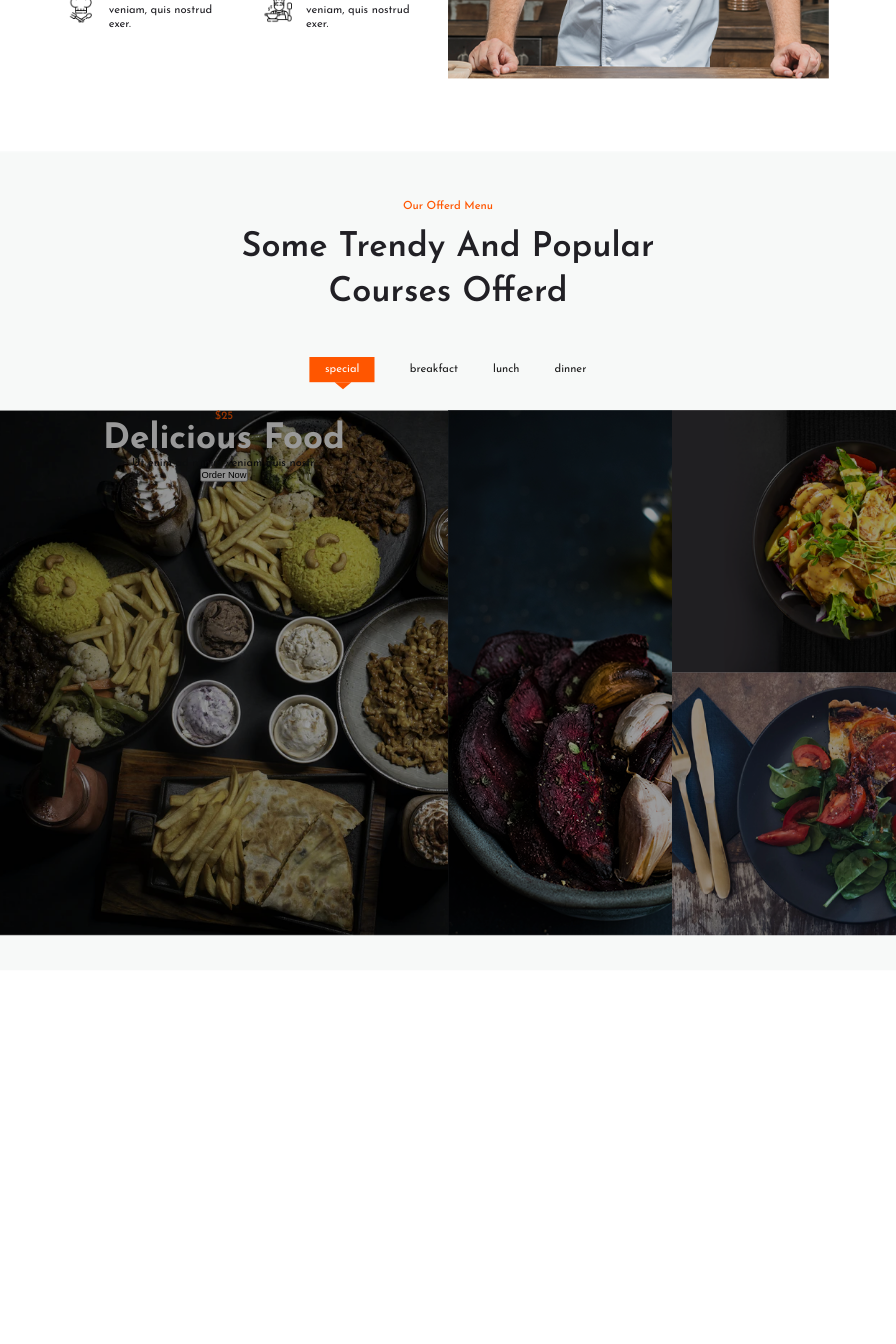
Repository: Ebtehal18/food
Page: index.html
The author's editor kept a copy of each file at every save. The page is drawn from the files as they stood at one save, then again after the next save.
The browser window is 1280 px wide. The pictures show the part of the page from y = 1720 to 3640 px (the page is 10000 px tall), at 70% of full size.

Above is the page before, as saved 2024-01-18 14:45:31.

### index.html
<!DOCTYPE html>
<html lang="en">
  <head>
    <meta charset="UTF-8" />
    <meta name="viewport" content="width=device-width, initial-scale=1.0" />
    <title>Food All</title>
    <link rel="preconnect" href="https://fonts.googleapis.com">
    <link rel="preconnect" href="https://fonts.gstatic.com" crossorigin>
    <link href="https://fonts.googleapis.com/css2?family=Josefin+Sans:wght@200;300;400;500;600;700&display=swap" rel="stylesheet">
    <link rel="stylesheet" href="asessets/css/style.css" />
    <link rel="stylesheet" href="asessets/css/External/all.min.css" />
  </head>
  <body>
    <!-- nav bar -->
    <header class="header">
      <div class="logo"><img src="asessets/imgs/logo.png" alt="logo" /></div>
      <label for="checkbox"><i class="fa-solid fa-bars"></i></label>
      <input type="checkbox" id="checkbox">
      <nav class="nav">
        <ul class="nav-list">
          <li class="list-item"><a href="#">Home</a></li>
          <li class="list-item"><a href="#">About</a></li>
          <li class="list-item"><a href="#">Menu</a></li>
          <li class="list-item">
            <a href="#">Blog</a>
            <ul class="dropdown-list">
              <li class="dropdown-item"><a href="#">Blog</a></li>
              <li class="dropdown-item"><a href="#">Blog Details</a></li>
              <li class="dropdown-item"><a href="#">Element</a></li>
            </ul>
          </li>
          <li class="list-item"><a href="#">Contact</a></li>
        </ul>
      </nav>
      <button class="btn btn-nav">Order Online</button>
    </header>

    <!-- hero -->

    <section class="hero">
      <div class="container">
        <div class="row">
         <div class="hero-content">
           <span class="span">Discover Your Teste</span>
          <h1>We belive good food offer great smile</h1>
          <p>
            Ut enim ad minim veniam, quis nostrud exercitation ullamco laboris
            nisi ut aliquip ex ea commodo consequat is aute irure.
          </p>
          <button class="btn-hero">Resurvation</button>
        </div>
          </div>
        </div>
      </div>
    </section>

  <!-- about -->
    <section class="about">
      <div class="container">
        <div class="row">
        <div class="about-content">
          <span class="span">Discover Your Teste</span>
          <h2>We Provide Good Food For Your Family!</h2>
          <p>Ut enim acgsd minim veniam, quxcis nostrud exercitation ullamco laboris nisi ufsit aliquip ex ea commodo consequat is aute irure m, quis nostrud exer.</p>
          <div class="row">
        <div class="about-detail">
          <div class="about-icon">
            <img src="asessets/imgs/cooking.png" alt="cooking">
          </div>
        <p>Ut enim ad minim veniam, quis nostrud exer.</p>
      </div>
        <div class="about-detail">
          <div class="about-icon">
            <img src="asessets/imgs/restaurant.png" alt="cooking">
          </div>
        <p>Ut enim ad minim veniam, quis nostrud exer.</p>
      </div>
        <div class="about-detail">
          <div class="about-icon">
            <img src="asessets/imgs/chef.png" alt="cooking">
          </div>
        <p>Ut enim ad minim veniam, quis nostrud exer.</p>
      </div>
        <div class="about-detail">
          <div class="about-icon">
            <img src="asessets/imgs/cooking.png" alt="cooking">
          </div>
        <p>Ut enim ad minim veniam, quis nostrud exer.</p>
      </div>
          </div>
        </div>
        <div class="about-img">
          <img src="asessets/imgs/about.png" alt="chef's img">
        </div>
        </div>
      </div>
    </section>
    <!-- menu -->
    <section class="menu">
      <div class="container">
        <div class="menu-heading">
          <span class="span">Our Offerd Menu</span>
          <h2>Some Trendy And Popular Courses Offerd</h2>
          <ul class="list-menu">
            <li class="meanu-item"><a href="#">special</a></li>
            <li  class="meanu-item"><a href="#">breakfact</a></li>
            <li  class="meanu-item"><a href="#">lunch</a></li>
            <li  class="meanu-item"><a href="#">dinner</a></li>
          </ul>
        </div>


      </div>
      <div class="grid-menu">
        <div class="menu-img">
          <div class="overlay">
            <span class="span">$25</span>
            <h2>Delicious Food</h2>
            <p>Ut enim ad minim veniam quis nostr.</p>
            <button class="btn-hero">Order Now</button>
          </div>
        </div>
        <div class="menu-img"></div>
        <div class="menu-img"></div>
        <div class="menu-img"></div>

      </div>
    </section>

  </body>
</html>

### asessets/css/style.css
/*
=======================================================
          public styles
======================================================= */
*,
*::after,
*::before {
  margin: 0;
  padding: 0;
  box-sizing: border-box;
}
html,
body {
  overflow-x: hidden;
}
body {
  font-family: "Josefin Sans", sans-serif;
  color: #141517;
  height: 10000px;
}
a {
  text-decoration: none;
}
li {
  list-style: none;
}
.container {
  width: 85%;
  margin: auto;
}
.row {
  display: flex;
  justify-content: space-between;
  align-items: flex-start;
}
.span {
  color: #ff5600;
  font-size: 16px;
  font-weight: 500;
  display: inline-block;
}

@media (max-width: 767px) {
  .row {
    flex-flow: column wrap;
  }
}

/*
=====================================================
            end public styles
=====================================================
 */

/* ===============
        navbar
 ================= */
.header {
  z-index: 999;
  display: flex;
  background-color: #fff;
  position: fixed;
  justify-content: space-around;
  align-items: center;
  top: 0;
  padding: 20px 65px;
  width: 100%;
}
.header .logo {
  width: 46%;
}
.header .nav .nav-list .list-item {
  padding: 0 30px;
  display: inline-block;
}
.header .nav .nav-list .list-item a {
  color: #141517;
  font-weight: 400;
  font-size: 16px;
  text-decoration: none;
}
.header .nav .nav-list .list-item a:hover {
  color: #ff5600;
}
.header .nav .nav-list .list-item:nth-child(4) {
  position: relative;
}
.header .nav .list-item .dropdown-list {
  padding: 10px 15px;
  background-color: #fff;
  position: absolute;
  top: 44px;
  left: -4px;
  opacity: 0;
  transition: all 0.4s ease-in;
  -webkit-transition: all 0.4s ease-in;
  -moz-transition: all 0.4s ease-in;
  -ms-transition: all 0.4s ease-in;
  -o-transition: all 0.4s ease-in;
}
.header .nav .nav-list .list-item:nth-child(4):hover .dropdown-list {
  opacity: 1;
  top: 63px;
}

.header .nav .list-item .dropdown-list li {
  width: 140px;
  display: inline-block;
  margin-bottom: 20px;
}
.header .btn {
  position: relative;
  z-index: 1;
  cursor: pointer;
  color: #464d65;
  outline: none;
  border: 1px solid #ff5600;
  font-size: 14px;
  font-weight: 500;
  background-color: transparent;
  padding: 19px 47px;
  border-radius: 5px;
  -webkit-border-radius: 5px;
  -moz-border-radius: 5px;
  -ms-border-radius: 5px;
  -o-border-radius: 5px;
  transition: all 0.4s ease-in;
  -webkit-transition: all 0.4s ease-in;
  -moz-transition: all 0.4s ease-in;
  -ms-transition: all 0.4s ease-in;
  -o-transition: all 0.4s ease-in;
}
.header .btn::before {
  background-color: #ff5600;
  position: absolute;
  content: "";
  top: 0;
  left: 0;
  height: 0%;
  width: 100%;
  z-index: -1;
  transition: all 0.4s ease-in;
  -webkit-transition: all 0.4s ease-in;
  -moz-transition: all 0.4s ease-in;
  -ms-transition: all 0.4s ease-in;
  -o-transition: all 0.4s ease-in;
}
.header .btn:hover {
  color: #fff;
}
.header .btn:hover::before {
  height: 100%;
}
.header input,
label {
  display: none;
}
@media (max-width: 1100px) {
  .header .logo {
    width: 20%;
  }
}

@media (max-width: 991px) {
  .header {
    justify-content: space-between;
    padding: 10px 20px;
  }
  .header .logo {
    width: 84%;
  }
  .header nav .nav-list {
    display: none;
  }
  .header .nav-list {
    padding: 20px 0;
    left: 0;
    right: 0;
    background-color: #ffb400fa;
    position: absolute;
    top: 100%;
  }

  .header .nav .nav-list .list-item {
    margin-bottom: 20px;
    padding: 0 30px;
    display: block;
  }
  .header .nav .nav-list .list-item a {
    color: #fff;
  }

  .header .nav .nav-list .list-item:nth-child(4):hover .dropdown-list {
    border-radius: 5px;
    left: 30px;
    top: 23px;
    background-color: #ff5600;
    -webkit-border-radius: 5px;
    -moz-border-radius: 5px;
    -ms-border-radius: 5px;
    -o-border-radius: 5px;
  }
  .header .nav .list-item .dropdown-list li {
    display: block;
  }
  .header .nav .list-item .dropdown-list a,
  .header .nav .list-item .dropdown-list a:hover {
    color: #fff;
  }
  .header .btn {
    display: none;
  }
  .header label {
    display: block;
  }
  .header label i {
    font-size: 24px;
  }
  .header input:checked + nav .nav-list {
    display: block;
  }
}

/* ===============
       end  navbar
 ================= */
/* ===============
       hero
 ================= */
.hero {
  display: flex;
  width: 100%;
  height: 1080px;
  background-image: url(../imgs/h1_hero.png);
  background-size: cover;
  background-position: bottom;
}

/* .hero .hero-content {
  margin-top: -237px;
} */

.hero .hero-content h1 {
  margin-top: 40px;
  font-weight: 700;
  color: #212025;
  font-size: 87px;
  width: 80%;
  line-height: 1.4;
}
.hero .hero-content p {
  font-weight: 400;
  margin-bottom: 30px;
  line-height: 1.3;
  width: 44%;
  color: #212025;
  font-size: 16px;
}
.hero .hero-content .btn-hero {
  letter-spacing: 1.1px;
  position: relative;
  z-index: 1;
  cursor: pointer;
  color: #fff;
  outline: none;
  border: 1px solid #ff5600;
  font-size: 14px;
  font-weight: 500;
  background-color: #ff5600;
  padding: 19px 47px;
  border-radius: 5px;
  -webkit-border-radius: 5px;
  -moz-border-radius: 5px;
  -ms-border-radius: 5px;
  -o-border-radius: 5px;
  transition: all 0.4s ease-in;
  -webkit-transition: all 0.4s ease-in;
  -moz-transition: all 0.4s ease-in;
  -ms-transition: all 0.4s ease-in;
  -o-transition: all 0.4s ease-in;
}
.hero .hero-content .btn-hero::before {
  z-index: -1;
  content: "";
  background-color: rgba(0, 0, 0, 0.6);
  top: 0;
  left: 0;
  width: 0;
  height: 100%;
  position: absolute;
  transition: all 0.4s;
  -webkit-transition: all 0.4s;
  -moz-transition: all 0.4s;
  -ms-transition: all 0.4s;
  -o-transition: all 0.4s;
}
.hero .hero-content .btn-hero:hover::before {
  filter: grayscale(50%);
  width: 100%;
  -webkit-filter: grayscale(50%);
}
@media (max-width: 1100px) {
  .hero .hero-content {
    margin: 0;
  }
  .hero .hero-content h1 {
    font-size: 60px;
  }
}

@media (max-width: 991px) {
  .hero {
    height: 700px;
  }
  .hero .hero-content {
    margin: 0;
    padding: 206px 0 100px;
  }
  .hero .hero-content .span {
    margin-bottom: 40px;
  }
  .hero .hero-content h1 {
    width: 88%;
    font-size: 50px;
    margin-bottom: 40px;
  }
  .hero .hero-content p {
    line-height: 1.4;
    width: 74%;
  }
}

@media (max-width: 767px) {
  .hero {
    height: 600px;
  }
  .hero .hero-content {
    padding: 100px 0 0;
    margin: 0;
  }
  .hero .hero-content span {
    margin-bottom: 20px;
  }
  .hero .hero-content h1 {
    font-size: 27px;
    width: 100%;
    margin-bottom: 30px;
  }
  .hero .hero-content p {
    margin-bottom: 20px;
    width: 100%;
  }
}

/* about */
.about {
  padding: 100px 0;
}
.about .container .row {
  align-items: center;
}
.about .about-content {
  width: 50%;
}
.about .about-content h2 {
  margin: 15px 0 20px;
  color: #212025;
  font-size: 49px;
  font-weight: 600;
  line-height: 1.4;
  width: 83%;
}
.about .about-content p {
  width: 77%;
  color: #212025;
  font-size: 16px;
  font-weight: 400;
  line-height: 1.3;
}
.about .about-content .row {
  margin-top: 50px;
  display: grid;
  grid-template-columns: repeat(2, 1fr);
  gap: 20px;
}
.about .about-content .row .about-detail {
  display: flex;
  gap: 20px;
  align-items: center;
}
.about .about-content .row .about-detail p {
  width: 69%;
}

.about .row .about-detail .about-icon {
  width: 15%;
}
.about .row .about-detail .about-icon img,
.about .about-img img {
  width: 100%;
}
.about .about-img {
  width: 50%;
}
@media (max-width: 991px) {
  .about {
    padding: 50px 0;
  }
  .about .row {
    flex-flow: row wrap;
  }
  .about .about-content {
    width: 100%;
  }
  .about .about-content h2 {
    width: 100%;
    font-size: 27px;
  }
  .about .about-content .row {
    margin-top: 25px;
    display: grid;
    grid-template-columns: repeat(2, 1fr);
    gap: 20px;
  }
  .about .about-img {
    margin-top: 20px;
    width: 100%;
  }
}

@media (max-width: 767px) {
  .about {
    padding: 40px 0;
  }
  .about .about-content {
    width: 100%;
  }
  .about .about-content h2 {
    width: 100%;
    font-size: 27px;
  }
  .about .about-content .row {
    margin-top: 25px;
    display: grid;
    grid-template-columns: repeat(1, 1fr);
    gap: 20px;
  }
  .about .about-img {
    margin-top: 20px;
    width: 100%;
  }
}
/* menu */
.menu {
  background-image: url(../imgs/section_bg01.png);
  background-size: cover;
  background-position: center center;
  padding: 70px 0 50px;
}
.menu .menu-heading {
  text-align: center;
}
/* .menu .menu-heading span {
  margin-bottom: 20px;
} */
.menu .menu-heading h2 {
  line-height: 1.3;
  margin: auto;
  width: 59%;
  color: #212025;
  font-size: 49px;
  font-weight: 600;
  margin-top: 20px;
}
.menu .menu-heading .list-menu {
  margin-top: 70px;
  display: flex;
  justify-content: center;
  gap: 50px;
}
}
.menu .menu-heading .list-menu li a{
  text-transform: uppercase;

}

.menu .menu-heading .list-menu li:not(:first-child) a {
  z-index: 1;
  font-weight: 400;
  font-size: 16px;
  color: #1b1b1b;
  text-decoration: none;
}

.menu .menu-heading .list-menu li:first-child a {
  background-color: #ff5600;
  padding: 10px 22px;
  position: relative;
  color: #fff;
}
.menu .menu-heading .list-menu li:first-child a::before {
  top: 36px;
  left: 38%;
  content: "";
  position: absolute;
  width: 0;
  height: 0;
  border-bottom: 12px solid transparent;
  border-top: 10px solid #ff5600;
  border-left: 12px solid transparent;
  border-right: 12px solid transparent;
}
.menu .grid-menu{
  margin-top: 50px;
  display: grid;
  grid-template-columns: repeat(4,1fr);
  grid-template-rows: repeat(2,1fr);
}
.menu .grid-menu .menu-img {
  position: relative;
}
.menu .grid-menu .menu-img .overlay{
  text-align: center;
}
.menu .grid-menu .menu-img .overlay h2{
  color: #fff;
font-size: 50px;
font-weight: 700;

}
.menu .grid-menu .menu-img .overlay p{
  text-align: center;
}
.menu .grid-menu .menu-img::before{
  content: "";
  position: absolute;
  height: 100%;
  width: 100%;
  background-color: rgba(0, 0, 0, 0.4);
}
.menu .grid-menu .menu-img:nth-child(1){
  grid-column: 1/3;
  grid-row: 1/-1;
  background-image: url(../imgs/gallery1.png);
  background-size: cover;
  background-position: bottom;
  min-height: 730px;

}

.menu .grid-menu .menu-img:nth-child(2){
  background-image: url(../imgs/gallery2.png);
  background-size: cover;
  background-position: left;
  min-height: 730px;
  grid-row: 1/-1;

}
.menu .grid-menu .menu-img:nth-child(3) {
  background-image: url(../imgs/gallery3.png);
  background-size: cover;
  background-position: left;
  min-height: 375px;

}
.menu .grid-menu .menu-img:nth-child(4) {
  background-image: url(../imgs/gallery4.png);
  background-size: cover;
  background-position: left;
  min-height: 375px;
}
.menu .grid-menu .menu-img:nth-child(1):hover{


}

Loaded but not shown: asessets/css/External/all.min.css (library)

After the next save:
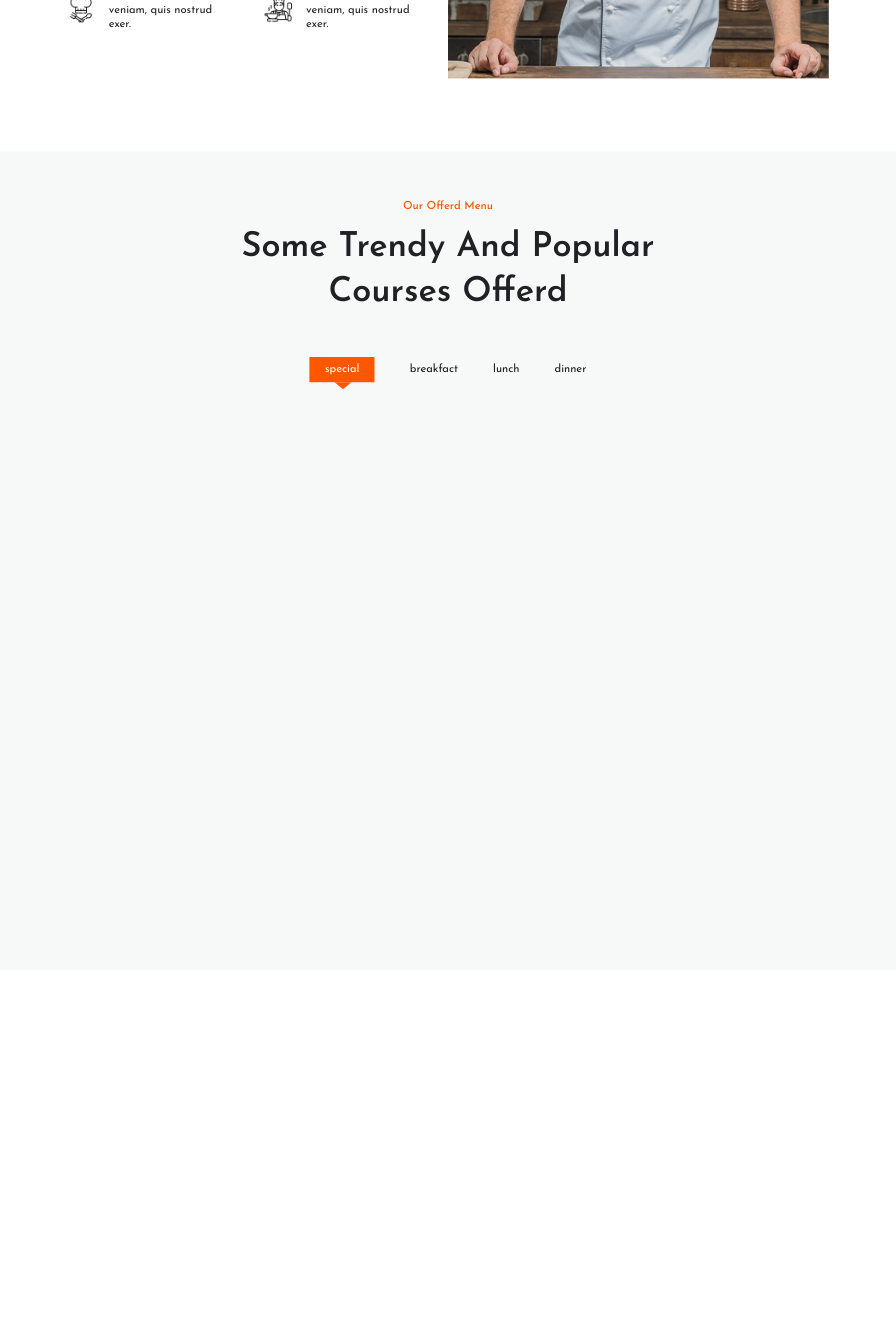
Saved 60 s later.
--- a/asessets/css/style.css
+++ b/asessets/css/style.css
@@ -510,6 +510,9 @@
   border-left: 12px solid transparent;
   border-right: 12px solid transparent;
 }
+
+
+
 .menu .grid-menu{
   margin-top: 50px;
   display: grid;
@@ -517,12 +520,16 @@
   grid-template-rows: repeat(2,1fr);
 }
 .menu .grid-menu .menu-img {
+  z-index: -1;
   position: relative;
 }
 .menu .grid-menu .menu-img .overlay{
+  position: absolute;
+  z-index: 1;
   text-align: center;
 }
 .menu .grid-menu .menu-img .overlay h2{
+
   color: #fff;
 font-size: 50px;
 font-weight: 700;

After the save that followed:
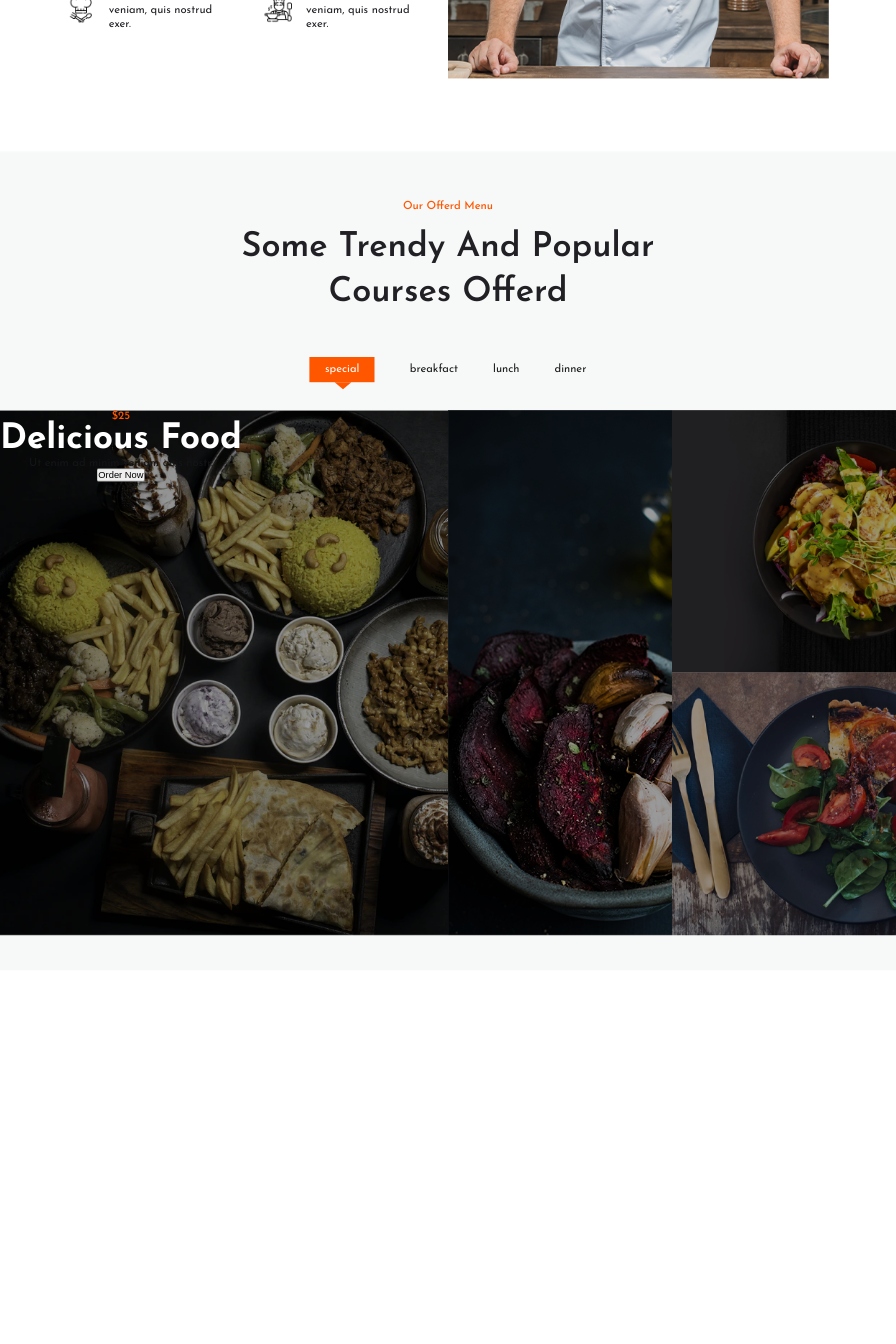
Saved 44 s later.
--- a/asessets/css/style.css
+++ b/asessets/css/style.css
@@ -520,7 +520,7 @@
   grid-template-rows: repeat(2,1fr);
 }
 .menu .grid-menu .menu-img {
-  z-index: -1;
+  /* z-index: -1; */
   position: relative;
 }
 .menu .grid-menu .menu-img .overlay{
